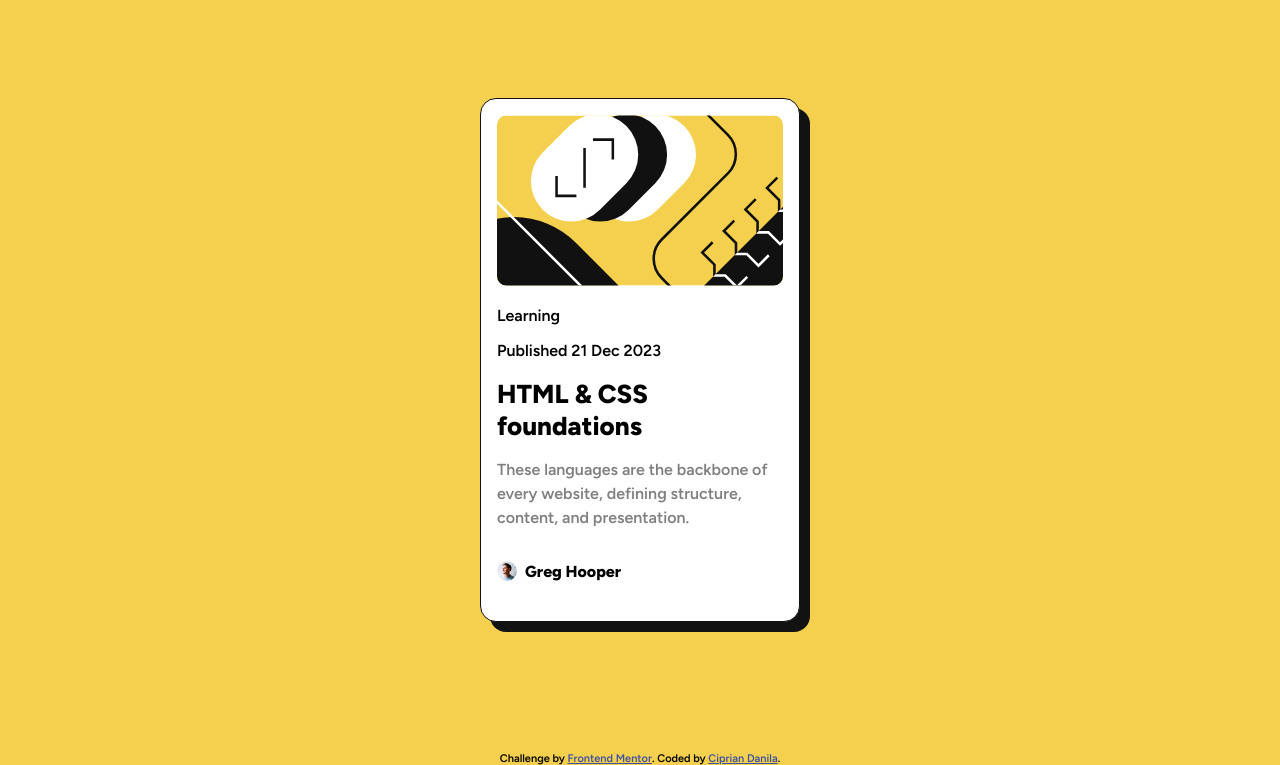
Repository: cipdanila/blog-preview-card
Page: index.html
An editor plug-in stored every save of this project. The page is shown before and after the next save, followed by the edit.
The browser window is 1280 px wide. The pictures show the whole page.

Above is the page before, as saved 2024-01-28 14:39:06.

### index.html
<!DOCTYPE html>
<html lang="en">
<head>
  <meta charset="UTF-8">
  <meta name="viewport" content="width=device-width, initial-scale=1.0"> <!-- displays site properly based on user's device -->

  <link rel="icon" type="image/png" sizes="32x32" href="./assets/images/favicon-32x32.png">
  <link rel="stylesheet" href="style.css">
  <title>Frontend Mentor | Blog preview card</title>

</head>
<body>
  <main>
    <div class="card">
      <div class="image-card">
        <img src="./assets/images/illustration-article.svg" alt="illustration article">
      </div>
      <div class="text-card">
        <p>Learning</p>
        <!-- <div class="learning">
        </div> -->
        <div class="publish">
          <p>Published 21 Dec 2023</p>
        </div>
        <div class="title">
          <h1>HTML & CSS foundations</h1>
        </div>
        <div class="info">
          <p>
            These languages are the backbone of every website, defining structure, content, and presentation.
          </p>
        </div>
        <div class="avatar">
          <img src="./assets/images/image-avatar.webp" alt="avatar">
          <p>Greg Hooper</p>
        </div>
      </div>
    </div>
  </main>

  <footer>
    <div class="attribution">
        Challenge by
        <a
            href="https://www.frontendmentor.io/challenges/blog-preview-card-ckPaj01IcS"
            target="_blank"
            rel="noopener noreferer"
            >Frontend Mentor</a
        >. Coded by <a href="https://github.com/cipdanila" target="_blank" rel="noopener noreferer">Ciprian Danila</a>.
    </div>
</footer>
</body>
</html>

### style.css
@import url('https://fonts.googleapis.com/css2?family=Figtree:wght@600;800&display=swap');

:root {
    /* Colors */
    /* Primary */
    --yellow: hsl(47, 88%, 63%);

    /* Neutral */
    --white: hsl(0, 0%, 100%);
    --grey: hsl(0, 0%, 50%);
    --black: hsl(0, 0%, 7%);
}

* {
    box-sizing: border-box;
}

body, html {
    margin: 0;
    padding: 0;
    height: 100%;
    font-family: 'Figtree', sans-serif;
    font-size: 1rem;
    font-weight: 600;
    background-color: var(--yellow);
}

main {
    display: flex;
    justify-content: center;
    align-items: center;
    height: 100%;
}

.card {
    width: 20rem;
    border-radius: 1rem;
    border: 1px solid var(--black);
    box-shadow: 10px 10px var(--black);
    background-color: var(--white);
    display: flex;
    flex-direction: column;
    align-items: center;
    padding: 1rem;
}

.image-card {
    text-align: center;
}

img {
    max-width: 100%;
    height: auto;
    border-radius: 0.625rem;
}

.text-card {
    text-align: left;
}

.learning {
    width: fit-content;
    background-color: var(--yellow);
    margin: 1rem 0;
    padding: 0.25rem 0.625rem;
    border-radius: 5px;
    font-weight: 800;
}

.publish, .title, .info, .avatar {
    margin-bottom: 0.5rem;
}

.title h1 {
    font-weight: 800;
    font-size: 1.625rem;
    margin-bottom: 0.5rem;
}

.info p {
    color: var(--grey);
    line-height: 1.5;
    font-weight: 100;
}

.avatar {
    display: flex;
    align-items: center;
}

.avatar img {
    width: 20px;
    height: auto;
    border-radius: 50%;
    margin-right: 0.5rem;
}

.avatar p {
    font-weight: 800;
}

footer {
    margin-top: 2rem;
}

.attribution {
    font-size: 11px;
    text-align: center;
}
.attribution a {
    color: hsl(228, 45%, 44%);
}

After the next save:
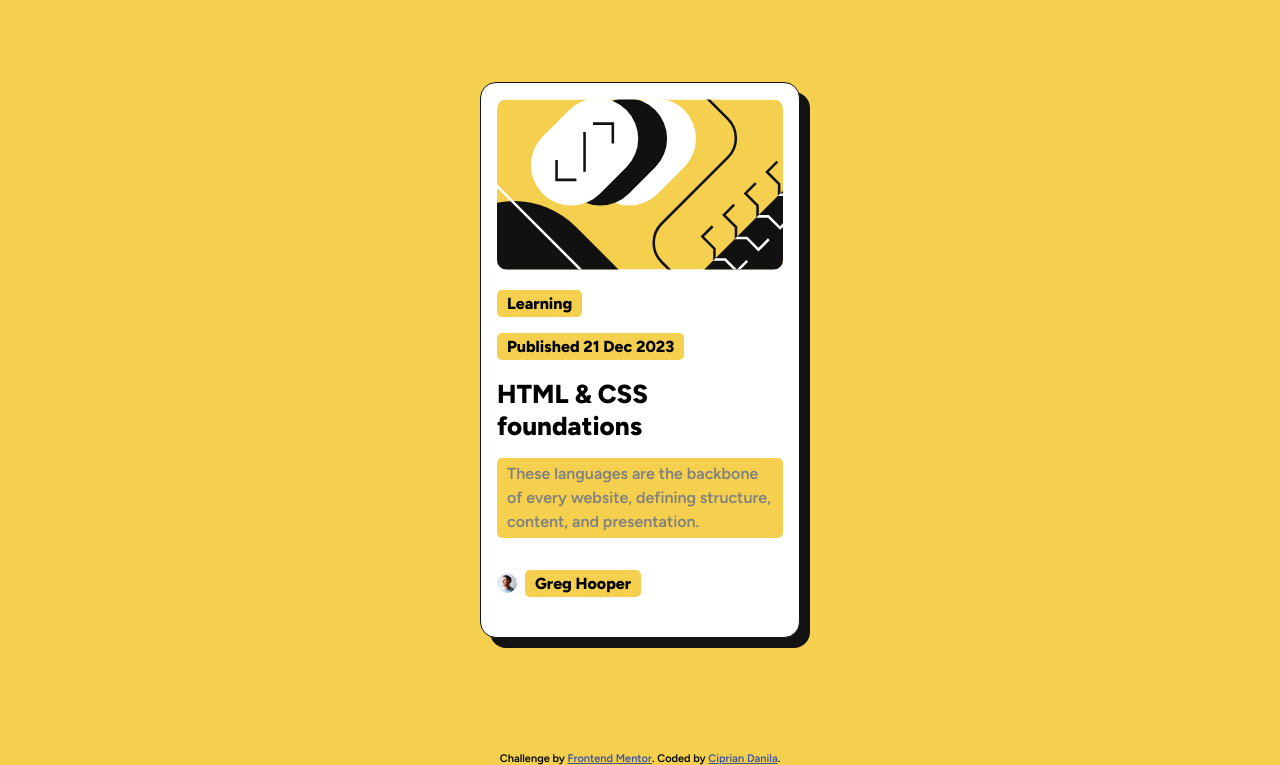
Saved 28 s later.
--- a/style.css
+++ b/style.css
@@ -58,7 +58,7 @@
     text-align: left;
 }
 
-.learning {
+.text-card p {
     width: fit-content;
     background-color: var(--yellow);
     margin: 1rem 0;
